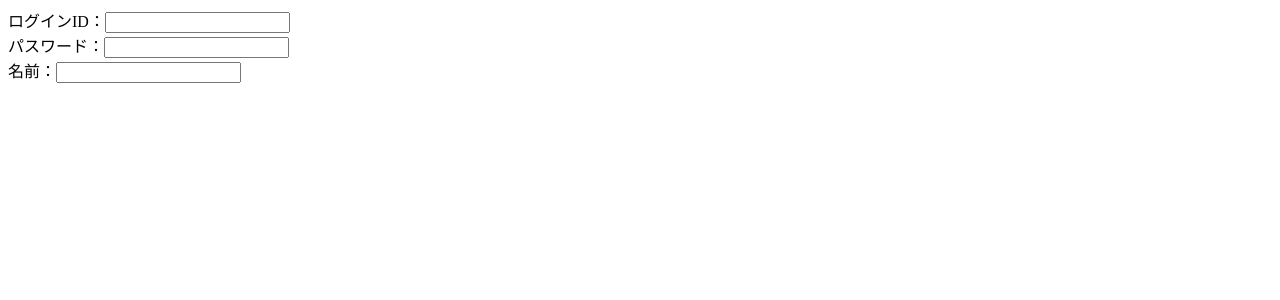
Repository: kidoikuya/learning-git
Page: http://localhost/example/RegisterUser
These files come from the project's save history. The page is drawn as it stood at one moment and after the next save; the edit follows.
The browser window is 1280 px wide. The pictures show the whole page.
The page is served by Tomcat 10. Other server files are loaded and not shown.

Above is the page before, as saved 2024-11-11 05:23:46.

### ドリルJava/example/src/main/webapp/WEB-INF/jsp/registerForm.jsp
<%@ page language="java" contentType="text/html; charset=UTF-8"
    pageEncoding="UTF-8"%>
<!DOCTYPE html>
<html>
<head>
<meta charset="UTF-8">
<title>ユーザ登録</title>
</head>
<body>
<form action="RegisterUser" method="post">
ログインID：<input type="text" name="id"><br>
パスワード：<input type="password" name="pass"><br>
名前：<input type="text" name="name"><br>
</form>

</body>
</html>

### ドリルJava/example/src/main/java/servlet/RegisterUser.java
package servlet;

import java.io.IOException;

import jakarta.servlet.RequestDispatcher;
import jakarta.servlet.ServletException;
import jakarta.servlet.annotation.WebServlet;
import jakarta.servlet.http.HttpServlet;
import jakarta.servlet.http.HttpServletRequest;
import jakarta.servlet.http.HttpServletResponse;
import jakarta.servlet.http.HttpSession;
import model.RegisterUserLogic;
import model.User;

/**
 * Servlet implementation class RegisterUser
 */
@WebServlet("/RegisterUser")
public class RegisterUser extends HttpServlet {
	private static final long serialVersionUID = 1L;

	protected void doGet(HttpServletRequest request, HttpServletResponse response) throws ServletException, IOException {
		// フォワード先
		String forwardPath = null;
		// サーブレットクラスの動作を決定する「action」の値を
		// リクエストパラメータから取得。
		String action = request.getParameter("action");
		// 「登録の開始」をリクエストされた時の処理
		if(action == null) {
			//フォワード先を設定
			forwardPath = "WEB-INF/jsp/registerForm.jsp";
		}
		// 登録確認画面から「登録実行」をリクエストされた時の処理
		else if(action.equals("done")){
		// セッションスコープに保存された登録ユーザを取得
		HttpSession session = request.getSession();
		User registerUser = (User)session.getAttribute("registerUser");

		// 登録処理の呼び出し
		RegisterUserLogic logic = new RegisterUserLogic();
		logic.execute(registerUser);
		// 不要になったセッションスコープ内のインスタンス削除
		session.removeAttribute("registerUser");
		// 登録後のフォワード先を設定
		forwardPath = "WEB-INF/jsp/registerDone.jsp";
		}

	// 設定されたフォワード先にフォワード
	RequestDispatcher dispatcher = request.getRequestDispatcher(forwardPath);
	dispatcher.forward(request, response);
	}

	protected void doPost(HttpServletRequest request, HttpServletResponse response) throws ServletException, IOException {
		// リクエストパラメータの取得
		request.setCharacterEncoding("UTF-8");
		String id = request.getParameter("id");
		String name = request.getParameter("name");
		String pass = request.getParameter("pass");
		// 登録するユーザの情報を設定
		User registerUser = new User(id,name,pass);
		// セッションスコープに登録ユーザを保存
		HttpSession session = request.getSession();
		session.setAttribute("registerUser", registerUser);
		//フォワード
		RequestDispatcher dispatcher = request.getRequestDispatcher("WEB-INF/jsp/registerConfirm.jsp");
		dispatcher.forward(request, response);
	}

}

After the next save:
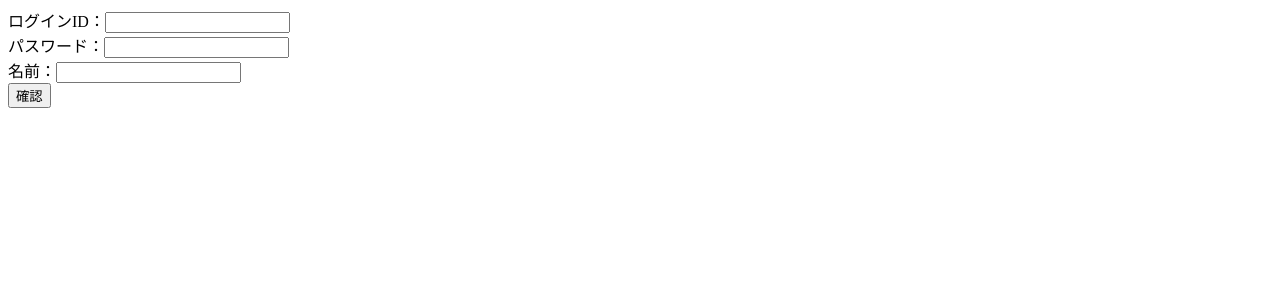
Saved 30 s later.
--- a/ドリルJava/example/src/main/webapp/WEB-INF/jsp/registerForm.jsp
+++ b/ドリルJava/example/src/main/webapp/WEB-INF/jsp/registerForm.jsp
@@ -11,6 +11,7 @@
 ログインID：<input type="text" name="id"><br>
 パスワード：<input type="password" name="pass"><br>
 名前：<input type="text" name="name"><br>
+<input type="submit" value="確認">
 </form>
 
 </body>
